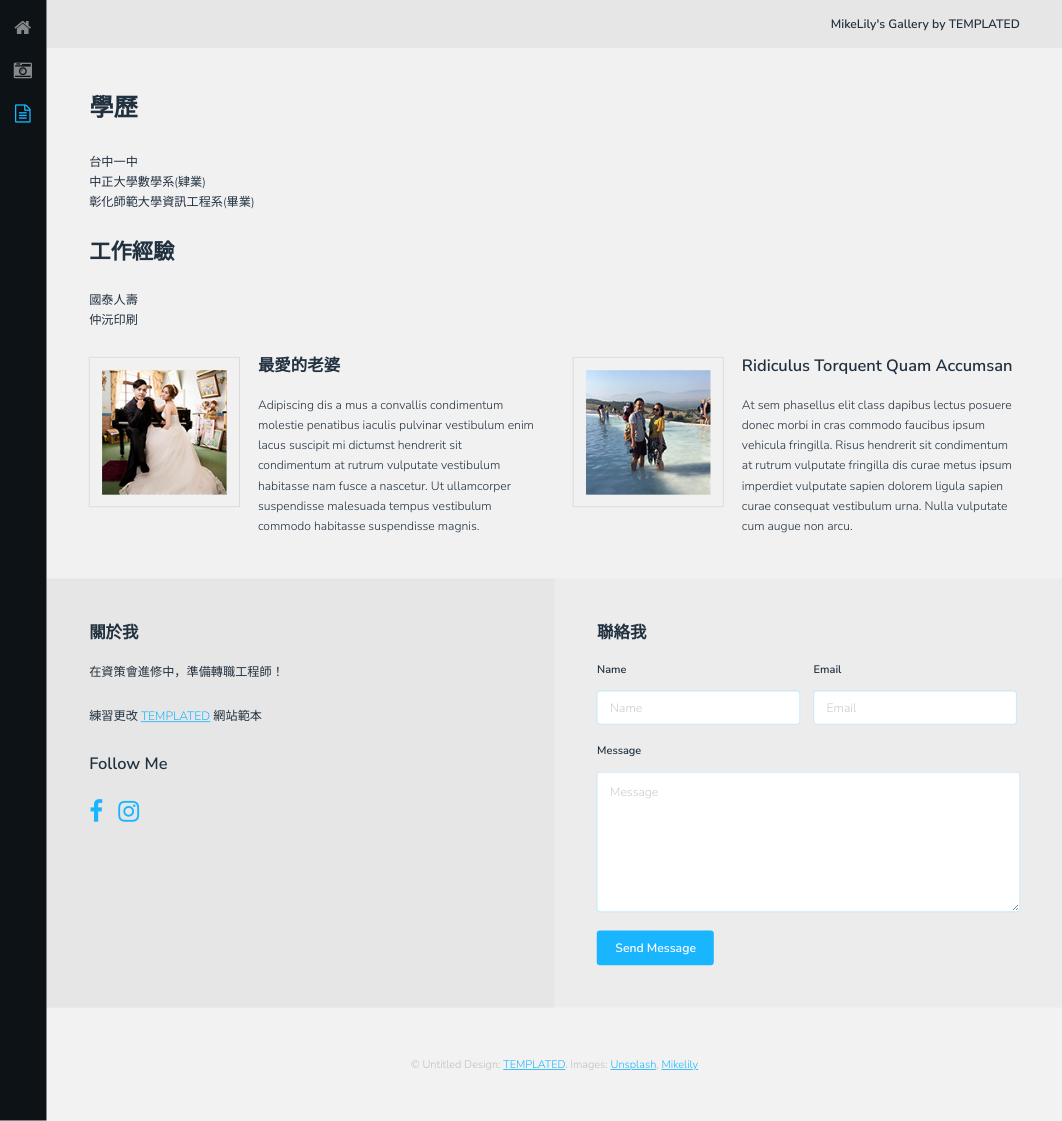
Repository: mikelily/lab
Page: Template HW/generic.html
The author's editor kept a record of every edit. The page is drawn from the files as they stood at one moment, then again after the next edit.
The browser window is 1280 px wide. The pictures show the whole page, at 83% of full size.

Above is the page before.

### Template HW/generic.html
<!DOCTYPE HTML>
<!--
	Snapshot by TEMPLATED
	templated.co @templatedco
	Released for free under the Creative Commons Attribution 3.0 license (templated.co/license)
-->
<html>
	<head>
		<title>MikeLily's Gallery by TEMPLATED</title>
		<meta charset="utf-8" />
		<meta name="viewport" content="width=device-width, initial-scale=1" />
		<link rel="stylesheet" href="assets/css/main.css" />
	</head>
	<body>
		<div class="page-wrap">

			<!-- Nav -->
				<nav id="nav">
					<ul>
						<li><a href="index.html"><span class="icon fa-home"></span></a></li>
						<li><a href="gallery.html"><span class="icon fa-camera-retro"></span></a></li>
						<li><a href="generic.html" class="active"><span class="icon fa-file-text-o"></span></a></li>
					</ul>
				</nav>

			<!-- Main -->
				<section id="main">

					<!-- Header -->
						<header id="header">
							<div>MikeLily's Gallery <span>by TEMPLATED</span></div>
						</header>

					<!-- Section -->
						<section>
							<div class="inner">
								<header>
									<h1>學歷</h1>
								</header>
								<p>
									台中一中<br>中正大學數學系(肄業)<br>彰化師範大學資訊工程系(畢業)
								</p>

								<h2>工作經驗</h2>
								<p>
									國泰人壽<br>仲沅印刷
								</p>
								<section class="columns double">
									<div class="column">
										<span class="image left special"><img src="images/pic01.jpg" alt="" /></span>
										<h3>最愛的老婆</h3>
										<p>
											Adipiscing dis a mus a convallis condimentum molestie penatibus iaculis pulvinar vestibulum enim lacus suscipit mi dictumst hendrerit sit condimentum at rutrum vulputate vestibulum habitasse nam fusce a nascetur. Ut ullamcorper suspendisse malesuada tempus vestibulum commodo habitasse suspendisse magnis.
										</p>
									</div>
									<div class="column">
										<span class="image left special"><img src="images/pic02.jpg" alt="" /></span>
										<h3>Ridiculus Torquent Quam Accumsan</h3>
										<p>
											At sem phasellus elit class dapibus lectus posuere donec morbi in cras commodo faucibus ipsum vehicula fringilla. Risus hendrerit sit condimentum at rutrum vulputate fringilla dis curae metus ipsum imperdiet vulputate sapien dolorem ligula sapien curae consequat vestibulum urna. Nulla vulputate cum augue non arcu.
										</p>
									</div>
								</section>
							</div>
						</section>

					<!-- Contact -->
						<section id="contact">
							<!-- Social -->
								<div class="social column">
									<h3>關於我</h3>
									<p>在資策會進修中，準備轉職工程師！</p>
									<p>練習更改 <a href="https://templated.co">TEMPLATED</a> 網站範本</p>
									<h3>Follow Me</h3>
									<ul class="icons">
										<li><a href="https://www.facebook.com/mikelily" target="_blank" class="icon fa-facebook"><span class="label">Facebook</span></a></li>
										<li><a href="https://www.instagram.com/ncueaul/" target="_blank" class="icon fa-instagram"><span class="label">Instagram</span></a></li>
									</ul>
								</div>

							<!-- Form -->
								<div class="column">
									<h3>聯絡我</h3>
									<form action="#" method="post">
										<div class="field half first">
											<label for="name">Name</label>
											<input name="name" id="name" type="text" placeholder="Name">
										</div>
										<div class="field half">
											<label for="email">Email</label>
											<input name="email" id="email" type="email" placeholder="Email">
										</div>
										<div class="field">
											<label for="message">Message</label>
											<textarea name="message" id="message" rows="6" placeholder="Message"></textarea>
										</div>
										<ul class="actions">
											<li><input value="Send Message" class="button" type="submit"></li>
										</ul>
									</form>
								</div>

						</section>

					<!-- Footer -->
						<footer id="footer">
							<div class="copyright">
								&copy; Untitled Design: <a href="https://templated.co/" target="_blank">TEMPLATED</a>.
								Images: <a href="https://unsplash.com/" target="_blank">Unsplash</a>,
								<a href="https://www.instagram.com/ncueaul/" target="_blank">Mikelily</a>
							</div>
						</footer>
				</section>
		</div>

		<!-- Scripts -->
			<script src="assets/js/jquery.min.js"></script>
			<script src="assets/js/jquery.poptrox.min.js"></script>
			<script src="assets/js/jquery.scrolly.min.js"></script>
			<script src="assets/js/skel.min.js"></script>
			<script src="assets/js/util.js"></script>
			<script src="assets/js/main.js"></script>

	</body>
</html>

Loaded but not shown: Template HW/assets/js/jquery.min.js (library); Template HW/assets/js/jquery.poptrox.min.js (library); Template HW/assets/css/font-awesome.min.css (library); Template HW/assets/js/jquery.scrolly.min.js (common file); Template HW/assets/js/skel.min.js (library); Template HW/assets/js/util.js (587 lines, source omitted); Template HW/assets/js/main.js (104 lines, source omitted); Template HW/assets/css/main.css (1614 lines, source omitted)

After the next edit:
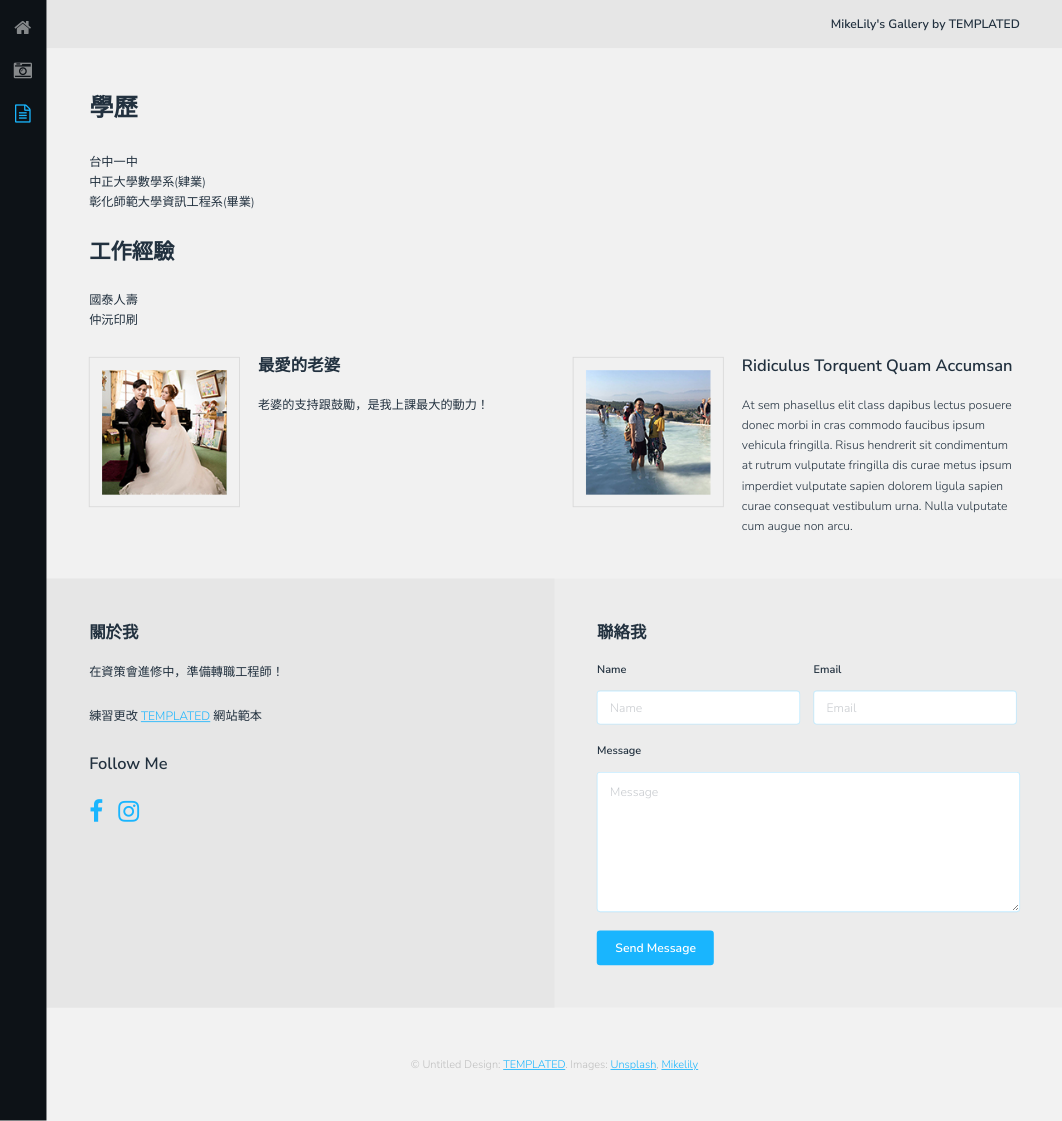
The edit:
--- a/Template HW/generic.html
+++ b/Template HW/generic.html
@@ -50,7 +50,7 @@
 										<span class="image left special"><img src="images/pic01.jpg" alt="" /></span>
 										<h3>最愛的老婆</h3>
 										<p>
-											Adipiscing dis a mus a convallis condimentum molestie penatibus iaculis pulvinar vestibulum enim lacus suscipit mi dictumst hendrerit sit condimentum at rutrum vulputate vestibulum habitasse nam fusce a nascetur. Ut ullamcorper suspendisse malesuada tempus vestibulum commodo habitasse suspendisse magnis.
+											老婆的支持跟鼓勵，是我上課最大的動力！
 										</p>
 									</div>
 									<div class="column">
